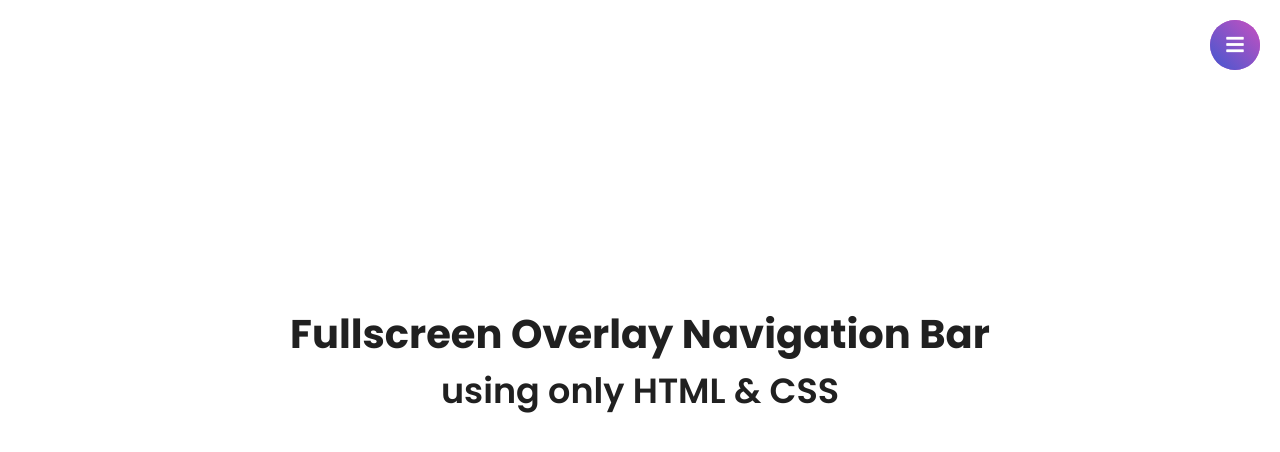
Repository: Viranga-pasi/geethanjalee-website
Page: /
The author's editor kept a copy of each file at every save. The page is drawn from the files as they stood at one save, then again after the next save.
The browser window is 1280 px wide. The pictures show the whole page.
The project was rebuilt for these pictures with package versions that can differ from the ones it lists, and the page was loaded fresh each time.

Above is the page before, as saved 2021-08-19 18:35:30.

### public/index.html
<!DOCTYPE html>
<html lang="en">
	<head>
		<meta charset="utf-8" />
		<link rel="icon" href="%PUBLIC_URL%/favicon.ico" />
		<meta name="viewport" content="width=device-width, initial-scale=1" />
		<meta name="theme-color" content="#000000" />
		<meta
			name="description"
			content="Web site created using create-react-app"
		/>
		<link rel="apple-touch-icon" href="%PUBLIC_URL%/logo192.png" />
		<!--
      manifest.json provides metadata used when your web app is installed on a
      user's mobile device or desktop. See https://developers.google.com/web/fundamentals/web-app-manifest/
    -->
		<link
			rel="stylesheet"
			href="https://cdnjs.cloudflare.com/ajax/libs/font-awesome/5.15.3/css/all.min.css"
		/>
		<link rel="manifest" href="%PUBLIC_URL%/manifest.json" />
		<!--
      Notice the use of %PUBLIC_URL% in the tags above.
      It will be replaced with the URL of the `public` folder during the build.
      Only files inside the `public` folder can be referenced from the HTML.

      Unlike "/favicon.ico" or "favicon.ico", "%PUBLIC_URL%/favicon.ico" will
      work correctly both with client-side routing and a non-root public URL.
      Learn how to configure a non-root public URL by running `npm run build`.
    -->
		<title>Geethanjalee</title>
	</head>
	<body>
		<noscript>You need to enable JavaScript to run this app.</noscript>
		<div id="root"></div>
		<!--
      This HTML file is a template.
      If you open it directly in the browser, you will see an empty page.

      You can add webfonts, meta tags, or analytics to this file.
      The build step will place the bundled scripts into the <body> tag.

      To begin the development, run `npm start` or `yarn start`.
      To create a production bundle, use `npm run build` or `yarn build`.
    -->
	</body>
</html>

### src/index.js
import React from 'react';
import ReactDOM from 'react-dom';
import './index.css';
import App from './App';

ReactDOM.render(
	<React.StrictMode>
		<App />
	</React.StrictMode>,
	document.getElementById('root')
);

// If you want to start measuring performance in your app, pass a function
// to log results (for example: reportWebVitals(console.log))
// or send to an analytics endpoint. Learn more: https://bit.ly/CRA-vitals

### src/index.css
* {
	margin: 0;
	font-family: -apple-system, BlinkMacSystemFont, 'Segoe UI', 'Roboto', 'Oxygen',
		'Ubuntu', 'Cantarell', 'Fira Sans', 'Droid Sans', 'Helvetica Neue',
		sans-serif;
	-webkit-font-smoothing: antialiased;
	-moz-osx-font-smoothing: grayscale;
}

### src/App.js
import Navbar from './components/navbar/Navbar';

function App() {
	return (
		<>
			<Navbar />
		</>
	);
}

export default App;

### src/components/navbar/Navbar.js
import React from 'react';
import './navbar.css';
function Navbar() {
	return (
		<>
			<input type="checkbox" id="active" />
			<label for="active" class="menu-btn">
				<i class="fas fa-bars"></i>
			</label>
			<div class="wrapper">
				<ul>
					<li>
						<a href="#">Home</a>
					</li>
					<li>
						<a href="#">About</a>
					</li>
					<li>
						<a href="#">Services</a>
					</li>
					<li>
						<a href="#">Gallery</a>
					</li>
					<li>
						<a href="#">Feedback</a>
					</li>
				</ul>
			</div>
			<div class="content">
				<div class="title">Fullscreen Overlay Navigation Bar</div>
				<p>using only HTML & CSS</p>
			</div>
		</>
	);
}

export default Navbar;

### src/components/navbar/navbar.css
@import url('https://fonts.googleapis.com/css?family=Poppins:400,500,600,700&display=swap');
* {
	margin: 0;
	padding: 0;
	box-sizing: border-box;
	font-family: 'Poppins', sans-serif;
}
.wrapper {
	position: fixed;
	top: 0;
	left: 0;
	height: 100%;
	width: 100%;
	background: linear-gradient(-135deg, #c850c0, #4158d0);
	/* background: linear-gradient(375deg, #1cc7d0, #2ede98); */
	/* clip-path: circle(25px at calc(0% + 45px) 45px); */
	clip-path: circle(25px at calc(100% - 45px) 45px);
	transition: all 0.3s ease-in-out;
}
#active:checked ~ .wrapper {
	clip-path: circle(75%);
}
.menu-btn {
	position: absolute;
	z-index: 2;
	right: 20px;
	/* left: 20px; */
	top: 20px;
	height: 50px;
	width: 50px;
	text-align: center;
	line-height: 50px;
	border-radius: 50%;
	font-size: 20px;
	color: #fff;
	cursor: pointer;
	background: linear-gradient(-135deg, #c850c0, #4158d0);
	/* background: linear-gradient(375deg, #1cc7d0, #2ede98); */
	transition: all 0.3s ease-in-out;
}
#active:checked ~ .menu-btn {
	background: #fff;
	color: #4158d0;
}
#active:checked ~ .menu-btn i:before {
	content: '\f00d';
}
.wrapper ul {
	position: absolute;
	top: 50%;
	left: 50%;
	transform: translate(-50%, -50%);
	list-style: none;
	text-align: center;
}
.wrapper ul li {
	margin: 15px 0;
}
.wrapper ul li a {
	color: none;
	text-decoration: none;
	font-size: 30px;
	font-weight: 500;
	padding: 5px 30px;
	color: #fff;
	position: relative;
	line-height: 50px;
	transition: all 0.3s ease;
}
.wrapper ul li a:after {
	position: absolute;
	content: '';
	background: #fff;
	width: 100%;
	height: 50px;
	left: 0;
	border-radius: 50px;
	transform: scaleY(0);
	z-index: -1;
	transition: transform 0.3s ease;
}
.wrapper ul li a:hover:after {
	transform: scaleY(1);
}
.wrapper ul li a:hover {
	color: #4158d0;
}
input[type='checkbox'] {
	display: none;
}
.content {
	position: absolute;
	top: 50%;
	left: 50%;
	transform: translate(-50%, -50%);
	z-index: -1;
	text-align: center;
	width: 100%;
	color: #202020;
}
.content .title {
	font-size: 40px;
	font-weight: 700;
}
.content p {
	font-size: 35px;
	font-weight: 600;
}

After the next save:
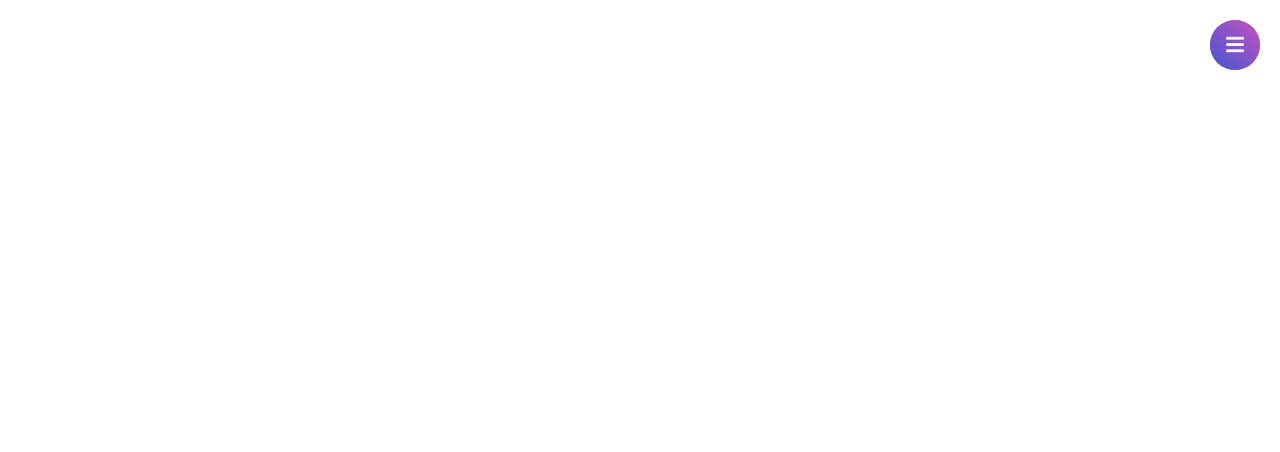
Saved 82 s later.
--- a/src/components/navbar/Navbar.js
+++ b/src/components/navbar/Navbar.js
@@ -26,10 +26,6 @@
 					</li>
 				</ul>
 			</div>
-			<div class="content">
-				<div class="title">Fullscreen Overlay Navigation Bar</div>
-				<p>using only HTML & CSS</p>
-			</div>
 		</>
 	);
 }

After the save that followed:
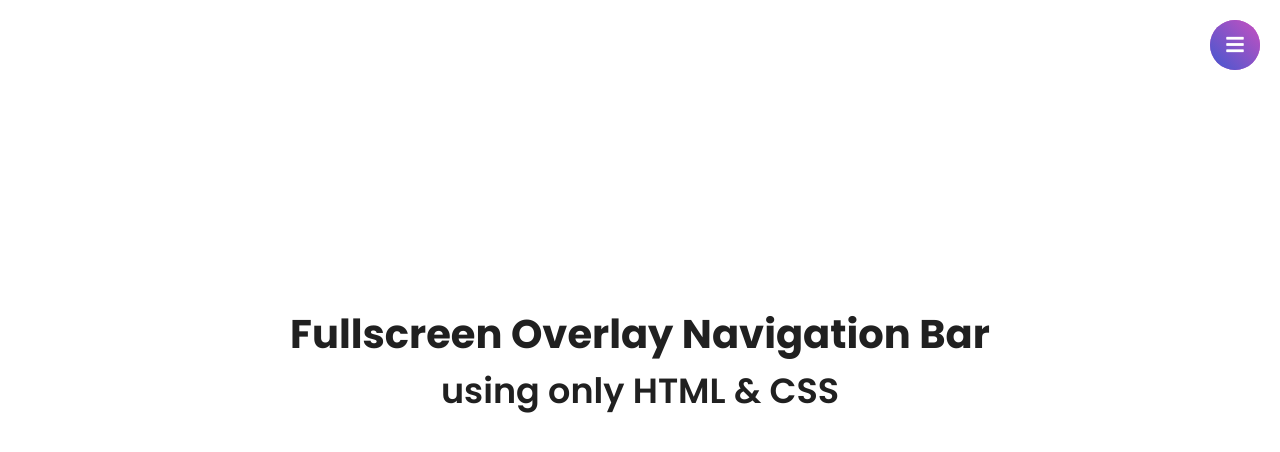
Saved 3 s later.
--- a/src/App.js
+++ b/src/App.js
@@ -4,6 +4,10 @@
 	return (
 		<>
 			<Navbar />
+			<div class="content">
+				<div class="title">Fullscreen Overlay Navigation Bar</div>
+				<p>using only HTML & CSS</p>
+			</div>
 		</>
 	);
 }
